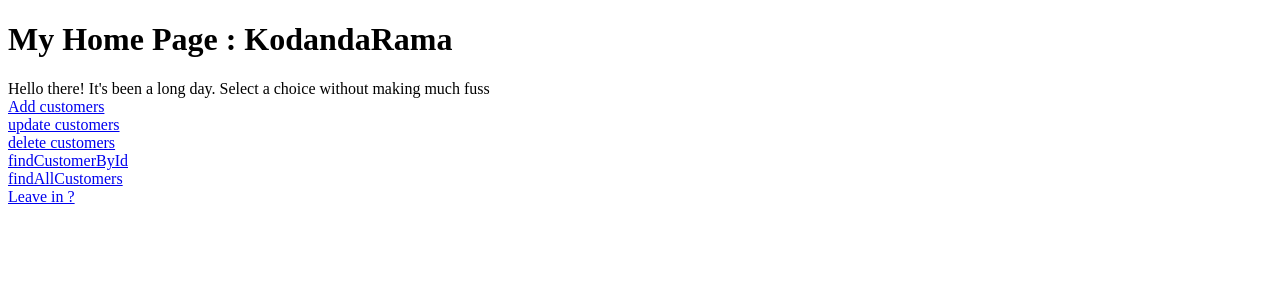
Repository: Rama-13/LaunchPadAllFiles
Page: java-workspace/SpringMVCDemo/WebContent/index.html
These files come from the project's save history. The page is drawn as it stood at one moment and after the next save; the edit follows.
The browser window is 1280 px wide. The pictures show the whole page.

Above is the page before, as saved 2019-08-02 04:58:38.

### java-workspace/SpringMVCDemo/WebContent/index.html
<!DOCTYPE html>
<html>
<head>
<meta charset="ISO-8859-1">
<title>Spring MVC</title>
</head>
<body>
<h1>My Home Page : KodandaRama</h1>
Hello there! It's been a long day. Select a choice without making much fuss <br>
<a href = "addcustomer.html">Add customers</a><br>
<a href = "updatecustomer.html">update customers</a><br>
<a href = "deletecustomer.html">delete customers</a><br>
<a href = "findByIdcustomers.do">findCustomerById</a><br>
<a href = "findAllcustomers.do">findAllCustomers</a><br>
<a href = "leave.do">Leave in ?</a><br>


</body>
</html>

After the next save:
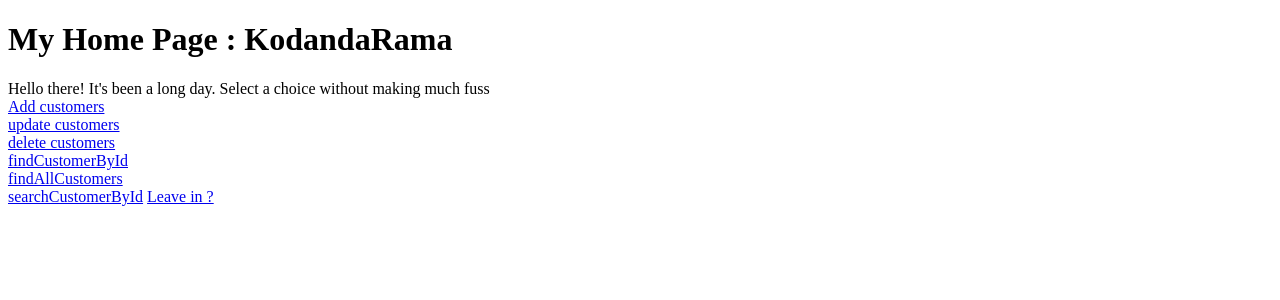
Saved 57 s later.
--- a/java-workspace/SpringMVCDemo/WebContent/index.html
+++ b/java-workspace/SpringMVCDemo/WebContent/index.html
@@ -12,6 +12,7 @@ Hello there! It's been a long day. Select a choice without making much fuss <br>
 <a href = "deletecustomer.html">delete customers</a><br>
 <a href = "findByIdcustomers.do">findCustomerById</a><br>
 <a href = "findAllcustomers.do">findAllCustomers</a><br>
+<a href = "SearchCustomerById.do">searchCustomerById</a>
 <a href = "leave.do">Leave in ?</a><br>
 
 
